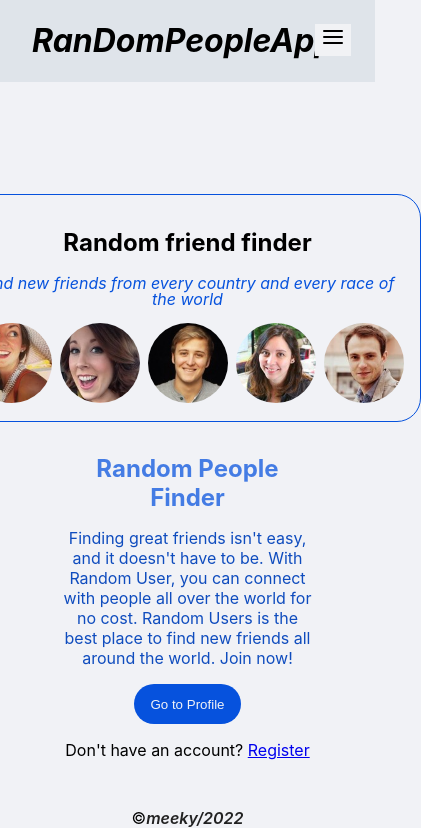
Repository: MikkyPrestige/RandomProfiles
Page: /
The author's editor kept a copy of each file at every save. The page is drawn from the files as they stood at one save, then again after the next save.
The browser window is 375 px wide. The page is 421 px wide, so the pictures cover 421 px, including what lies to the right of the window. The pictures show the whole page.
The project was rebuilt for these pictures with package versions that can differ from the ones it lists, and the page was loaded fresh each time. Some packages were replaced by stand-ins written for this rebuild. Also part of the build but not shown: src/components/users.jsx, src/assets/styles/search.css, src/components/search.jsx, src/assets/styles/help.css, src/components/help.jsx, src/assets/styles/about.css, src/components/about.jsx, src/assets/styles/error.css and 9 more.

Above is the page before, as saved 2022-12-06 20:40:56.

### public/index.html
<!DOCTYPE html>
<html lang="en">

<head>
  <meta charset="utf-8" />
  <link rel="icon" href="%PUBLIC_URL%/favicon.ico" />
  <meta name="viewport" content="width=device-width, initial-scale=1" />
  <meta name="theme-color" content="#000000" />
  <meta name="description" content="Web site created using create-react-app" />
  <link rel="apple-touch-icon" href="%PUBLIC_URL%/logo192.png" />
  <!--
      manifest.json provides metadata used when your web app is installed on a
      user's mobile device or desktop. See https://developers.google.com/web/fundamentals/web-app-manifest/
    -->
  <link rel="manifest" href="%PUBLIC_URL%/manifest.json" />
  <!--
      Notice the use of %PUBLIC_URL% in the tags above.
      It will be replaced with the URL of the `public` folder during the build.
      Only files inside the `public` folder can be referenced from the HTML.

      Unlike "/favicon.ico" or "favicon.ico", "%PUBLIC_URL%/favicon.ico" will
      work correctly both with client-side routing and a non-root public URL.
      Learn how to configure a non-root public URL by running `npm run build`.
    -->
  <title>AltSchool Assignment 2</title>
</head>

<body>
  <noscript>You need to enable JavaScript to run this app.</noscript>
  <div id="root"></div>
  <!--
      This HTML file is a template.
      If you open it directly in the browser, you will see an empty page.

      You can add webfonts, meta tags, or analytics to this file.
      The build step will place the bundled scripts into the <body> tag.

      To begin the development, run `npm start` or `yarn start`.
      To create a production bundle, use `npm run build` or `yarn build`.
    -->
</body>

</html>

### src/index.css
body {
  margin: 0;
  font-family: -apple-system, BlinkMacSystemFont, 'Segoe UI', 'Roboto', 'Oxygen',
    'Ubuntu', 'Cantarell', 'Fira Sans', 'Droid Sans', 'Helvetica Neue',
    sans-serif;
  -webkit-font-smoothing: antialiased;
  -moz-osx-font-smoothing: grayscale;
  background-color: #f1f2f6;
}

code {
  font-family: source-code-pro, Menlo, Monaco, Consolas, 'Courier New',
    monospace;
}

### src/App.jsx
import * as React from "react";
import { ErrorBoundary } from "react-error-boundary";
import { Route, Routes } from "react-router-dom";
import {
  Layout,
  Home,
  Users,
  Search,
  Help,
  About,
  Error,
  ErrorFallBack,
  Profile,
  ProfileDisplay,
  Register,
  UpdatePassword,
  Footer,
} from "./components";

const App = () => {
  return (
    <div className="App">
      <main>
        <ErrorBoundary FallbackComponent={ErrorFallBack}>
          <Layout />
          <Routes>
            <Route path="/" element={<Home />} />
            <Route path="users">
              <Route index element={<Users />} />
              <Route path=":id" element={<Search />} />
            </Route>
            <Route path="profile" element={<Profile />} />
            <Route path="profileDisplay" element={<ProfileDisplay />} />
            <Route path="register" element={<Register />} />
            <Route path="update" element={<UpdatePassword />} />
            <Route path="help" element={<Help />} />
            <Route path="about" element={<About />} />
            <Route path="*" element={<Error />} />
          </Routes>
        </ErrorBoundary>
        <Footer />
      </main>
    </div>
  );
};

export default App;

### src/components/index.js
export {  Layout, Back } from "./layout";
export { default as Home } from "./home";
export { default as Users } from "./users";
export { default as Search } from "./search";
export { default as Help } from "./help";
export { default as About } from "./about";
export { default as Error } from "./error";
export { default as ErrorFallBack } from "./errorFallback";
export { default as Profile } from "./profile";
export { default as ProfileDisplay } from "./profileDisplay";
export { default as Register } from "./register";
export { default as UpdatePassword } from "./update";
export { Footer } from "./avatar";

### src/components/layout.jsx
// LAYOUT COMPONENT - This component is for the App Layout that displays the Navigation bar in the app UI to the user when app is open

import { useState } from "react";
import { NavLink } from "react-router-dom";
import "../assets/styles/layout.css";
import { MdClose } from "react-icons/md";
import { FiMenu } from "react-icons/fi";

const CustomNavLink = ({ to, ...props }) => {
  let activeStyle = {
    textDecoration: "underline",
    color: "red",
  };

  return (
    <NavLink
      style={({ isActive }) =>
        isActive ? activeStyle : { textDecoration: "none" }
      }
      to={to}
      end
      {...props}
    />
  );
};

const LayoutSmall = () => {
  const [nav, setNav] = useState(false);

  const toggleNav = () => {
    setNav(!nav);
  };

  const closeNav = () => {
    setNav(false);
  };

  return (
    <div className="layout small">
      <header className="layout__header">
        <div className="layout__header--text">
          <h1 className="layout__header--title">RanDomPeopleApp</h1>
        </div>
        <nav className="layout__nav">
          <button onClick={toggleNav} className="layout--btn">
            {nav ? (
              <MdClose className="layout__btn--icon" />
            ) : (
              <FiMenu className="layout__btn--icon" />
            )}
          </button>
          <div className={`menuNav ${nav ? " showMenu" : ""}`}>
            <CustomNavLink
              to="/"
              end
              className="nav__item"
              onClick={() => closeNav()}
            >
              Home
            </CustomNavLink>
            <CustomNavLink
              to="profile"
              className="nav__item"
              onClick={() => closeNav()}
            >
              Users
            </CustomNavLink>
            <CustomNavLink
              to="about"
              className="nav__item"
              onClick={() => closeNav()}
            >
              About
            </CustomNavLink>
            <CustomNavLink
              to="help"
              className="nav__item"
              onClick={() => closeNav()}
            >
              Features
            </CustomNavLink>
          </div>
        </nav>
      </header>
    </div>
  );
};

const LayoutLarge = () => {
  return (
    <div className="layout large">
      <header className="layout__header">
        <div className="layout__header--text">
          <h1 className="layout__header--title">RanDomPeopleApp</h1>
        </div>
        <nav className="layout__nav">
          <div className="nav__items--large">
            <CustomNavLink to="/" className="nav__item--large">
              Home
            </CustomNavLink>
            <CustomNavLink to="profile" className="nav__item--large">
              Users
            </CustomNavLink>
            <CustomNavLink to="about" className="nav__item--large">
              About
            </CustomNavLink>
            <CustomNavLink to="help" className="nav__item--large">
              Features
            </CustomNavLink>
          </div>
        </nav>
      </header>
    </div>
  );
};

const Layout = () => {
  return (
    <div>
      <LayoutSmall />
      <LayoutLarge />
    </div>
  );
};

//  Navigate back home button
const Back = () => {
  const [isHover, setIsHover] = useState(false);

  const handleMouseEnter = () => {
    setIsHover(true);
  };

  const handleMouseLeave = () => {
    setIsHover(false);
  };

  const style = {
    border: "none",
    borderRadius: ".5rem",
    padding: " .5rem",
    fontSize: "1rem",
    fontWeight: "600",
    cursor: "pointer",
    backgroundColor: isHover ? "lightblue" : "rgb(0, 191, 255)",
    color: isHover ? "#f00" : "green",
  };

  return (
    <NavLink to="/" className="back__button">
      <button
        style={style}
        onMouseEnter={handleMouseEnter}
        onMouseLeave={handleMouseLeave}
      >
        Back ←{" "}
      </button>
    </NavLink>
  );
};

export { Layout, Back };

### src/components/home.jsx
// HOME COMPONENT - This component is the Home section of the app that displays app Home page on load and when the 'HOME' button in the header is clicked

import { Link, useNavigate } from "react-router-dom";
import "../assets/styles/home.css";
import { Avatar } from "./avatar";
import FirstFemale from "../assets/img/female-1.jpg";
import SecondFemale from "../assets/img/female-2.jpg";
import ThirdFemale from "../assets/img/female-3.jpg";
import FirstMale from "../assets/img/male-1.jpg";
import SecondMale from "../assets/img/male-2.jpg";

const Home = () => {
  const navigate = useNavigate();
  const getStarted = () => {
    navigate("/profileDisplay"); // Redirect the user to the users component when the get started button is clicked
  };

  return (
    <div className="home">
      <div className="home__container">
        <div className="desc">
          <h1 className="desc__heading">Random people finder</h1>
          <p className="desc__paragraph">
            Finding great friends isn't easy, and it doesn't have to be. With
            Random User, you can connect with people all over the world for no
            cost. Random Users is the best place to find new friends all around
            the world. Join now!
          </p>
          <button onClick={getStarted} className="desc__cta">
            Go to Profile
          </button>
          <p className="register__text">
            Don't have an account?{" "}
            <Link to="/register" className="register__link">
              Register
            </Link>
          </p>
        </div>
        <div className="home__wrapper">
          <h2 className="home__heading">Random friend finder</h2>
          <p className="home__text">
            Find new friends from every country and every race of the world
          </p>
          <div className="home__img">
            <Avatar
              image={FirstFemale}
              alt="Female One"
              style={{ width: "5rem", height: "5rem", borderRadius: "50%" }}
            />
            <Avatar
              image={SecondFemale}
              alt="Female Two"
              style={{ width: "5rem", height: "5rem", borderRadius: "50%" }}
            />
            <Avatar
              image={FirstMale}
              alt="Male One"
              style={{ width: "5rem", height: "5rem", borderRadius: "50%" }}
            />
            <Avatar
              image={ThirdFemale}
              alt="Female Three"
              style={{ width: "5rem", height: "5rem", borderRadius: "50%" }}
            />
            <Avatar
              image={SecondMale}
              alt="Male Two"
              style={{ width: "5rem", height: "5rem", borderRadius: "50%" }}
            />
          </div>
        </div>
      </div>
    </div>
  );
};

export default Home;

### src/components/avatar.jsx
// AVATAR COMPONENT - This component is for the Images used in the app.

import "../assets/styles/layout.css";

export const Avatar = ({ image = "", alt = "", style = {} }) => {
  return (
    <div className="avatar">
      <img src={image} alt={alt} style={style} />
    </div>
  );
};

// FOOTER COMPONENT - for the attribution

export const Footer = () => {
  return (
    <div className="attribution">
      <footer>
        &copy;
        <a
          href="https://github.com/MeekyBerry"
          target="_blank"
          rel="noreferrer"
          className="footer"
        >
          meeky/2022
        </a>
      </footer>
    </div>
  );
};

### src/assets/styles/layout.css
.layout {
  background-color: #dfe4ea;
  width: 100%;
}

.layout__nav {
  display: flex;
  align-items: center;
  justify-content: space-between;
  position: relative;
  padding-right: 2rem;
}

.layout__header {
  display: flex;
  justify-content: space-between;
  align-items: center;
}

.layout__header--title {
  font-style: oblique;
  padding-left: 2rem;
}

.layout--btn {
  position: fixed;
  top: 1.5rem;
  right: 1.5rem;
  z-index: 10;
  background-color: #f1f2f5;
  border: none;
  font-size: 1.5rem;
  cursor: pointer;
}

.menuNav {
  position: fixed;
  top: 6rem;
  right: 0;
  width: 0;
  max-width: 10rem;
  height: 100%;
  background-color: #f1f2f5;
  z-index: 5;
  overflow: hidden;
}

.menuNav.showMenu {
  width: 100%;
  transition: all 2s ease-in;
  -webkit-transition: all 2s ease-in;
  -moz-transition: all 2s ease-in;
  -ms-transition: all 2s ease-in;
  -o-transition: all 2s ease-in;
}

.nav__items {
  display: flex;
  align-items: center;
  list-style: none;
  /* flex-wrap: wrap; */
}

.nav__item {
  font-size: 1.2rem;
  padding: 1rem;
  text-transform: uppercase;
  display: block;
  text-align: center;
  text-transform: uppercase;
  color: #0046dc;
}

.nav__item:hover {
  color: #7dd5c6;
}

.nav__items--large {
  display: flex;
  gap: 2rem;
}

.nav__item--large {
  text-transform: uppercase;
  font-size: 1.1rem;
  font-weight: 700;
  letter-spacing: .2rem;
  color: #0046dc;
}

.attribution {
  text-align: center;
}

.footer {
  color: #222;
  text-decoration: none;
  cursor: pointer;
  font-style: italic;
  font-weight: 600;
}

/* MEDIA QUERY TO HIDE THE NAVIGATION BAR HAMBURGER ON LARGE SCREENS */

@media screen and (min-width: 768px) {
  .small {
    display: none;
  }

  .large {
    display: block;
  }
}

@media screen and (max-width: 768px) {
  .small {
    display: block;
  }

  .large {
    display: none;
  }
}

@media screen and (max-width: 900px) {
  .nav__item--large {
    font-size: 1rem;
    margin-right: -.5rem;
  }

}

### src/assets/styles/home.css
.home {
  margin-top: 5rem;
  text-align: center;
  padding: 2rem;
}

.home__container {
  display: flex;
  justify-content: space-around;
  align-items: center;
  gap: 1rem;
}

.desc {
  width: 40%;
}

.desc__heading {
  font-size: 2rem;
  color: #0651ddbb;
  text-transform: capitalize;
}

.desc__paragraph {
  font-size: 1rem;
  color: #0f4cbe;
}

.desc__cta {
  background-color: #0652dd;
  color: #f1f2f6;
  padding: 0.8rem 1rem;
  border: none;
  border-radius: 1.5rem;
}

.desc__cta:hover {
  background-color: #0f4cbe;
}

.home__wrapper {
  border: 1px solid #0652dd;
  border-radius: 1.5rem;
  line-height: 1;
  padding: 1rem;
  height: min-content;
}

.home__text {
  font-style: italic;
  color: #0652dd;
}

.home__img {
  display: flex;
  align-items: center;
  gap: 1rem;
}

@media screen and (max-width: 900px) {
  .home__container {
    flex-direction: column-reverse;
  }

  .desc {
    width: 60%;
  }
}

@media screen and (max-width: 600px) {
  .desc {
    width: 80%;
  }

  .desc__heading {
    font-size: 1.5rem;
  }

  .home__img {
    /* width: 40%; */
    gap: .5rem;
  }

  .home__text {
    font-size: 1rem;
  }
}

### src/assets/styles/users.css
.users {
  background-color: #fff;
  border: 1px solid #ccc;
  border-radius: 0.5rem;
  padding: 1rem;
  margin: 1rem;
}

.users__container {
  display: flex;
  flex-direction: column;
  justify-content: center;
  align-items: center;
}

.users__heading {
  text-align: center;
  text-transform: uppercase;
  font-size: 1.5rem;
  font-weight: bold;
  margin-bottom: 1rem;
}

.users__list {
  list-style: none;
  padding: 2rem;
  margin: 1rem auto;
  width: 85%;
  display: grid;
  grid-template-columns: repeat(3, minmax(200px, 1fr));
  grid-gap: 3rem;
}

.user__items {
  border-bottom: 1px solid #ccc;
}

.user__item {
  background-color: #fff;
  border: 1px solid #ccc;
  border-radius: 0.5rem;
  padding: 1rem;
}

.user__img {
  width: 80%;
  border-radius: 10%;
  margin-left: 1rem;
}

/* BUTTON BELOW */
.btn__container {
  display: flex;
  justify-content: center;
  align-items: center;
}

.active:hover {
  background-color: #ced6e0;
  color: #1e90ff;
}

.active:active {
  background-color: #70a1ff;
  color: #ced6e0;
}

.btn__array {
  padding: 0.5rem;
  margin: 0.5rem;
  font-size: 1rem;
  border-radius: 0.5rem;
  border: none;
  cursor: pointer;
}

.search__box {
  display: flex;
  justify-content: center;
  align-items: center;
}

.search__link {
  background-color: #fff;
  border: 1px solid #ccc;
  color: #1e90ff;
  border-radius: 1rem;
  width: 18rem;
  padding: 0.5rem;
  margin: 1rem;
  font-size: 1rem;
  font-weight: bold;
  cursor: pointer;
  text-align: center;
  text-decoration: none;
  animation: search 1s ease-in-out infinite;
}

.search__link:hover {
  background-color: #1e90ff;
  color: #fff;
  animation: none;
}

.search__link:active {
  background-color: #70a1ff;
  color: #fff;
  animation: none;
}

@keyframes search {
  0% {
    transform: scale(1);
  }

  50% {
    transform: scale(1.2);
  }

  100% {
    transform: scale(1);
  }
}

Loaded but not shown: src/index.js (common file)

After the next save:
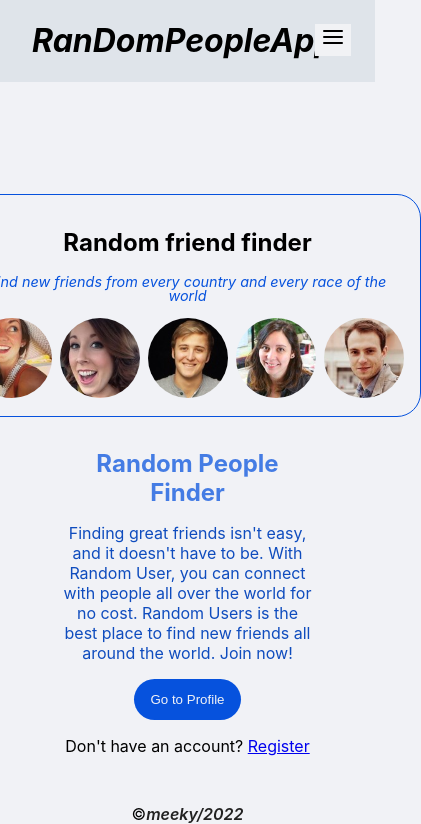
Saved 13 s later.
--- a/src/assets/styles/home.css
+++ b/src/assets/styles/home.css
@@ -82,6 +82,6 @@
   }
 
   .home__text {
-    font-size: 1rem;
+    font-size: .9rem;
   }
 }
